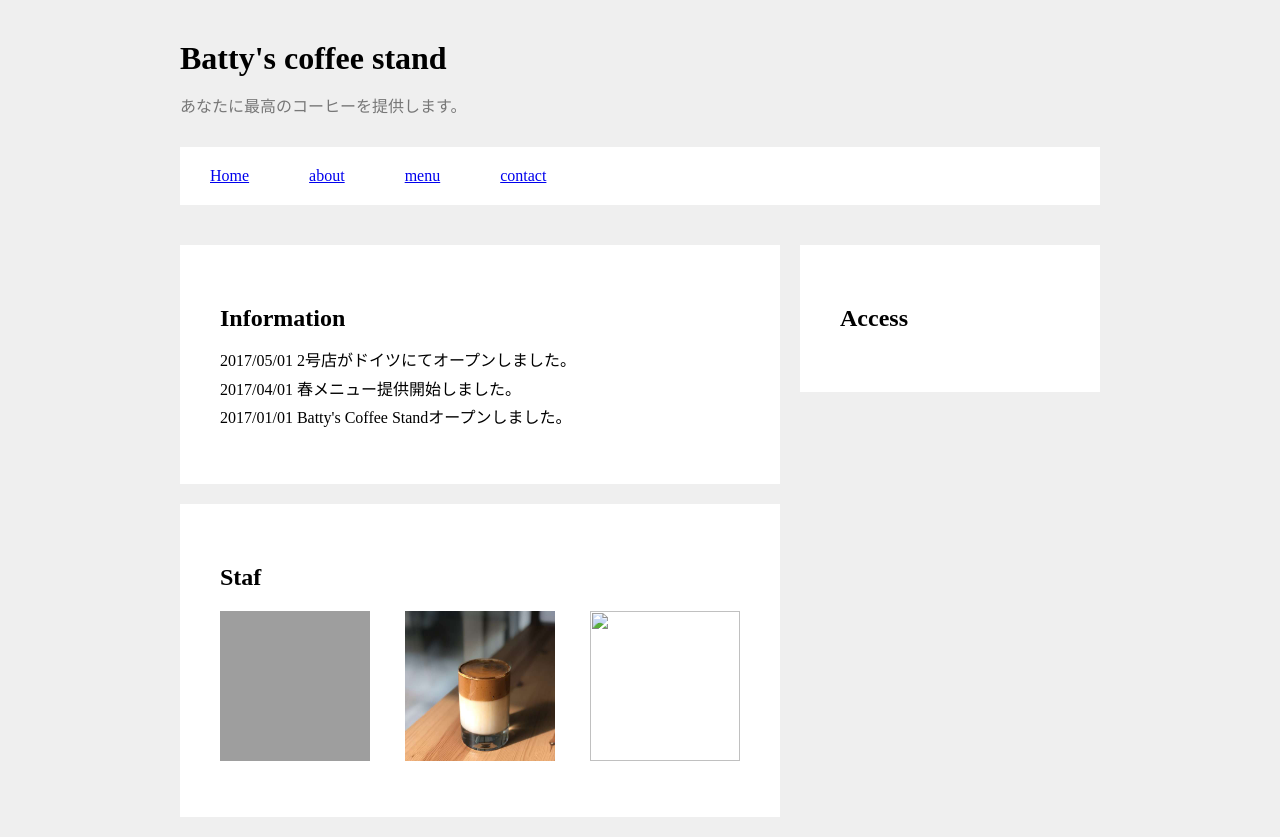
Repository: ayainokuchi/php_practice
Page: html/batty_coffee_stand/index.html
The author's editor kept a record of every edit. The page is drawn from the files as they stood at one moment, then again after the next edit.
The browser window is 1280 px wide. The pictures show the whole page.
Pictures or frames that could not be fetched are drawn as grey boxes.

Above is the page before.

After the next edit:
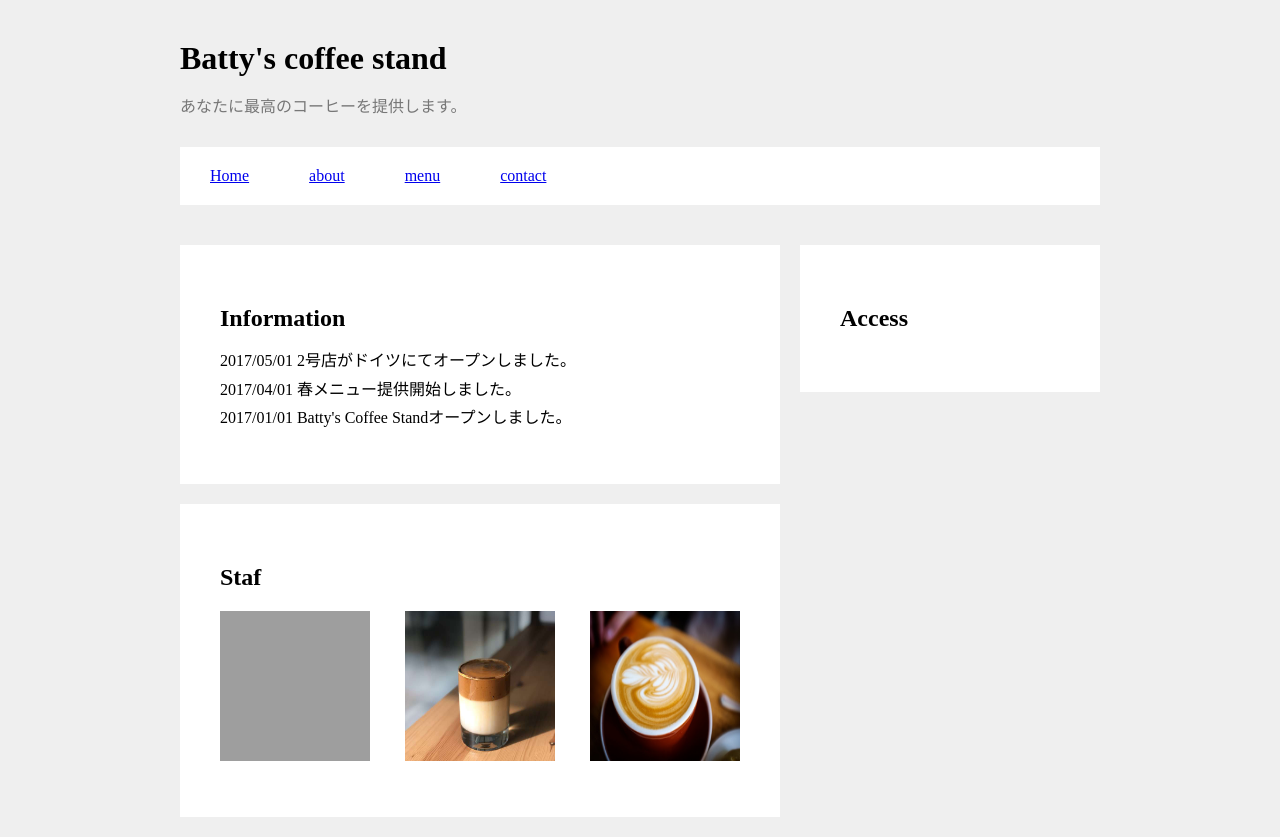
The edit:
--- a/html/batty_coffee_stand/index.html
+++ b/html/batty_coffee_stand/index.html
@@ -45,7 +45,7 @@
                         <p></p>
                     </div>
                     <div class="staff-list">
-                        <img src="" class="staff-image">
+                        <img src="./image/coffee4.jpg" class="staff-image">
                         <p></p>
                     </div>
 
